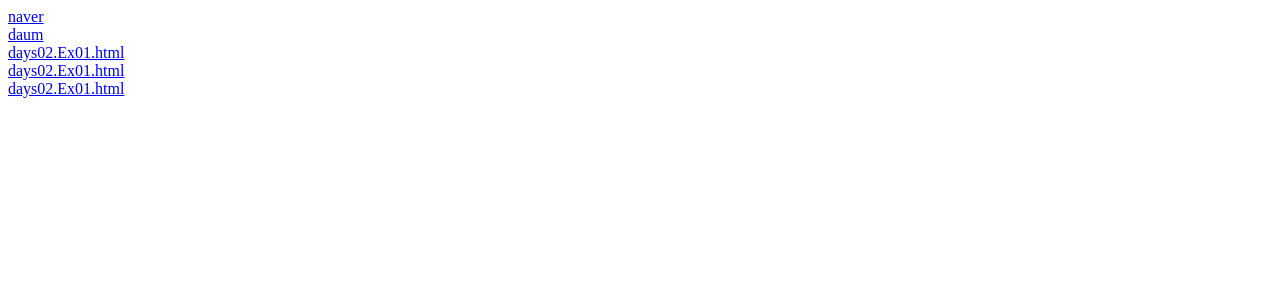
Repository: donggri1/WORKSPACE
Page: WebClass/webPro/src/main/webapp/html/days02/ex10.html
An editor plug-in stored every save of this project. The page is shown before and after the next save, followed by the edit.
The browser window is 1280 px wide. The pictures show the whole page.

Above is the page before, as saved 2024-03-25 06:22:13.

### WebClass/webPro/src/main/webapp/html/days02/ex10.html
<!DOCTYPE html>
<html>
<head>
<meta charset="UTF-8">
<title>Insert title here</title>
<link rel="shortcut icon" type="image/x-icon" href="http://localhost/webPro/images/SiSt.ico">
</head>
<body>
<!--
	[html 링크]
	링크를 클릭하면 다른 문서로 이동하는 것.
	하이퍼링크
	링크 위로 마우스를 이동하면 마우스 화살표->작은속 모양
	링크는 텍스트, 이미지,기타 html 요소일 수 있다.

 -->

 <a href="http://www.naver.com">naver</a>
 <br>
 <a href="http://www.daum.com">daum</a>
 <br>
 <!-- 절대경로 -->
 <a href="http://localhost/webPro/html/days02/Ex01.html">days02.Ex01.html</a>
 <br>
 <!--  상대경로 -->
 <!-- 기준경로 http://localhost/webPro/html/days02 폴더 -->
  <a href="Ex01.html">days02.Ex01.html</a>
  <br>
  <!-- 기준경로 http://localhost/webPro/html/days02 폴더 -->
  <a href="../Ex01.html">days02.Ex01.html</a>

</body>
</html>

After the next save:
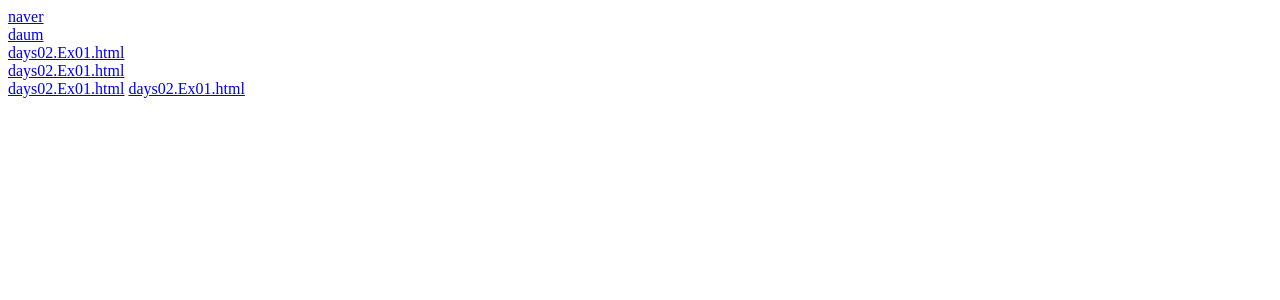
Saved 19 s later.
--- a/WebClass/webPro/src/main/webapp/html/days02/ex10.html
+++ b/WebClass/webPro/src/main/webapp/html/days02/ex10.html
@@ -27,6 +27,7 @@
   <a href="Ex01.html">days02.Ex01.html</a>
   <br>
   <!-- 기준경로 http://localhost/webPro/html/days02 폴더 -->
+  <a href="./Ex01.html">days02.Ex01.html</a>
   <a href="../Ex01.html">days02.Ex01.html</a>
 
 </body>

After the save that followed:
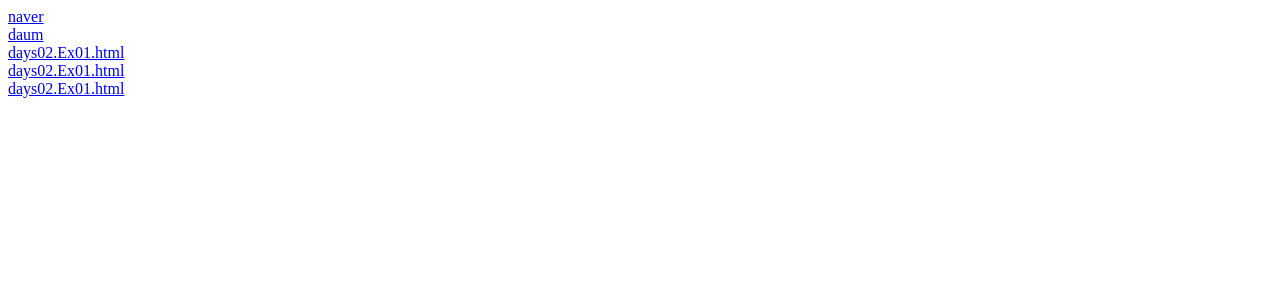
Saved 2 min 50 s later.
--- a/WebClass/webPro/src/main/webapp/html/days02/ex10.html
+++ b/WebClass/webPro/src/main/webapp/html/days02/ex10.html
@@ -27,8 +27,9 @@
   <a href="Ex01.html">days02.Ex01.html</a>
   <br>
   <!-- 기준경로 http://localhost/webPro/html/days02 폴더 -->
-  <a href="./Ex01.html">days02.Ex01.html</a>
-  <a href="../Ex01.html">days02.Ex01.html</a>
+  <!-- <a href="./Ex01.html">days02.Ex01.html</a>  -->
+<!--   <a href="../Ex01.html">days02.Ex01.html</a> -->
+  <a href="../../Ex01.html">days02.Ex01.html</a>
 
 </body>
 </html>
